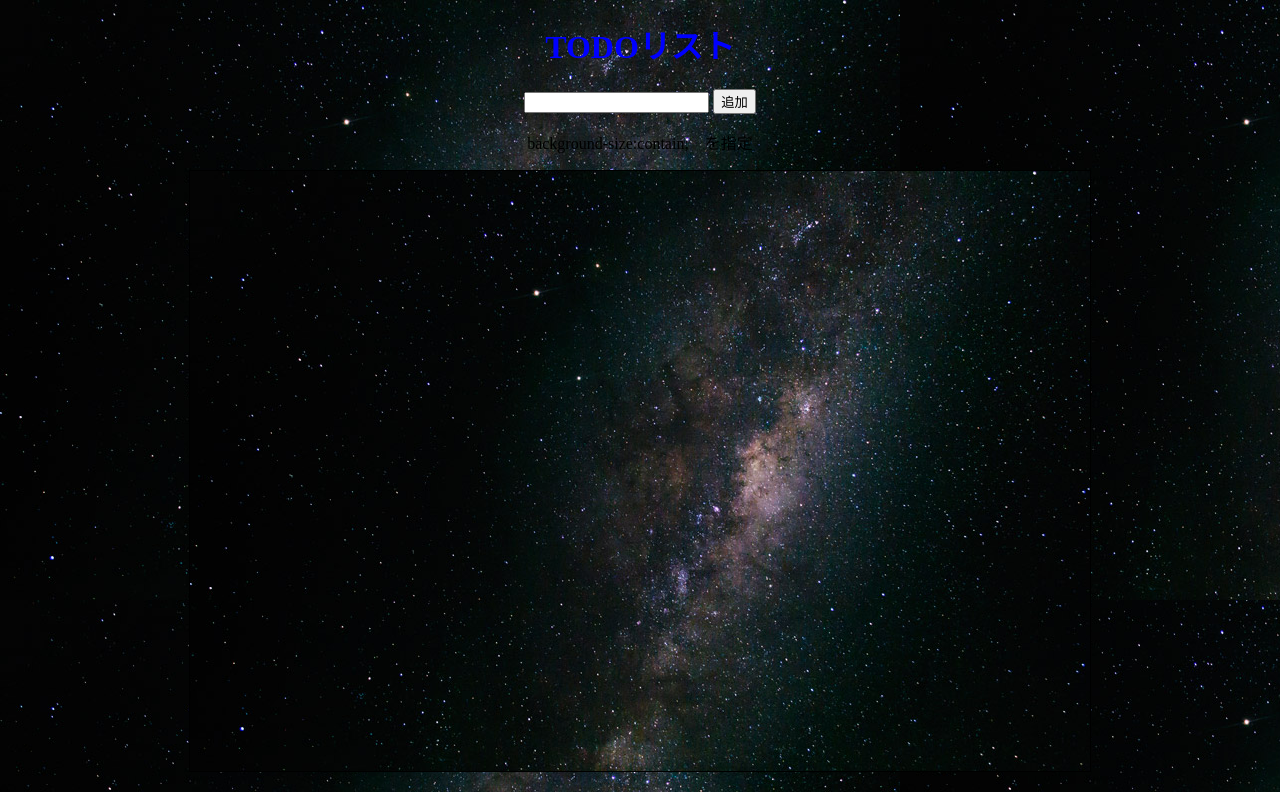
Repository: kntb2565/todolist
Page: src/index.html
The author's editor kept a copy of each file at every save. The page is drawn from the files as they stood at one save, then again after the next save.
The browser window is 1280 px wide. The pictures show the whole page.

Above is the page before, as saved 2018-10-21 13:45:15.

### src/index.html
<!DOCTYPE html>
<html lang="ja">
<head>
  <meta charset="utf-8">
  <title>todolist</title>
  <link rel="stylesheet" href="css/styles.css" type="text/css">
  <style>
    body{
      background-image: url(img/utyu3.jpg);
    }
  </style>
</head>
<body>
    <h1>TODOリスト</h1>
    <input type="text" />
    <input type="button" value="追加" />
    <p class="todo_sample1">background-size:contain;　を指定</p>
      <img src="img/utyu3.jpg"  border="1">
      </p>
</body>
</html>

### src/css/styles.css
h1{
 color: blue;

}
 body{
    text-align: center;
 }

After the next save:
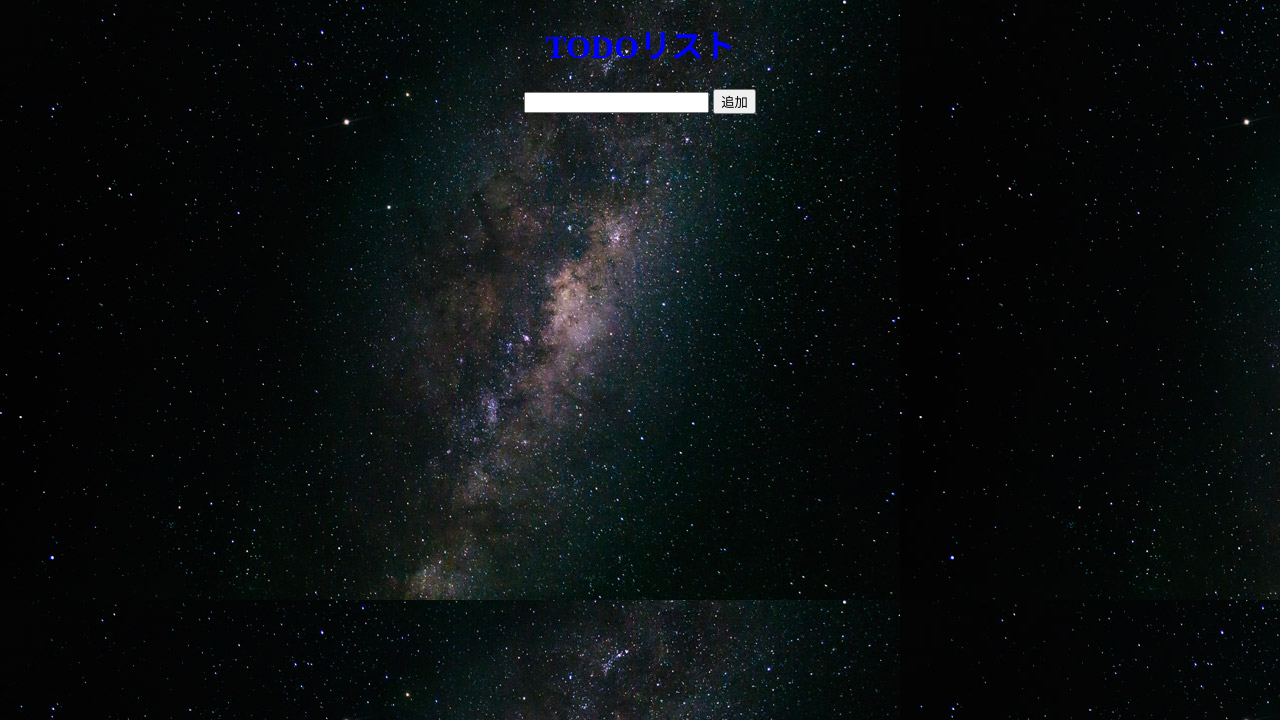
Saved 10 s later.
--- a/src/index.html
+++ b/src/index.html
@@ -14,8 +14,5 @@
     <h1>TODOリスト</h1>
     <input type="text" />
     <input type="button" value="追加" />
-    <p class="todo_sample1">background-size:contain;　を指定</p>
-      <img src="img/utyu3.jpg"  border="1">
-      </p>
 </body>
 </html>
